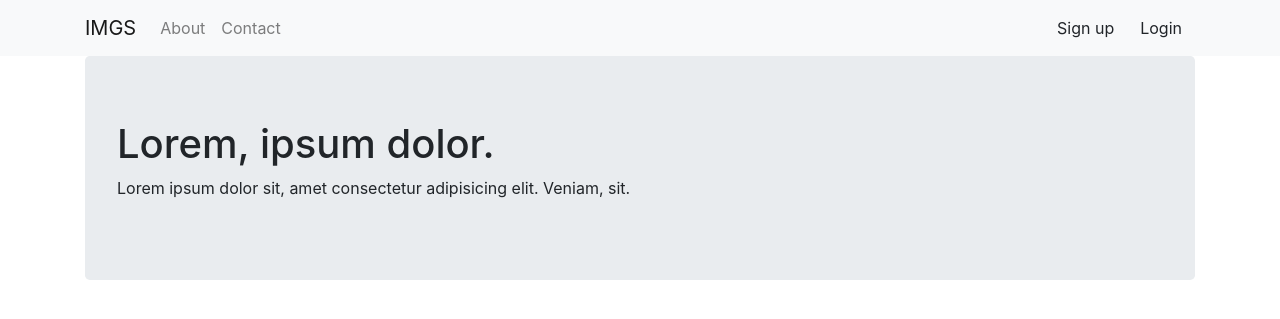
Repository: Mietlicha/exercise2
Page: index.html
An editor plug-in stored every save of this project. The page is shown before and after the next save, followed by the edit.
The browser window is 1280 px wide. The pictures show the whole page.

Above is the page before, as saved 2019-10-22 20:56:55.

### index.html
<!DOCTYPE html>
<html lang="en">

<head>
    <meta charset="UTF-8">
    <meta name="viewport" content="width=device-width, initial-scale=1.0">
    <meta http-equiv="X-UA-Compatible" content="ie=edge">
    <title>Document</title>
    <link rel="stylesheet" href="https://stackpath.bootstrapcdn.com/bootstrap/4.3.1/css/bootstrap.min.css"
        integrity="sha384-ggOyR0iXCbMQv3Xipma34MD+dH/1fQ784/j6cY/iJTQUOhcWr7x9JvoRxT2MZw1T" crossorigin="anonymous">
    <link rel="stylesheet" href="style.css">

</head>

<body>
       <nav class="navbar navbar-expand-lg navbar-light  bg-light">
            <div class="container">
            <a class="navbar-brand" href="#">IMGS</a>
            <button class="navbar-toggler" type="button" data-toggle="collapse" data-target="#navbarSupportedContent" aria-controls="navbarSupportedContent" aria-expanded="false" aria-label="Toggle navigation">
              <span class="navbar-toggler-icon"></span>
            </button>
            <div class="collapse navbar-collapse" id="navbarSupportedContent">
              <ul class="navbar-nav mr-auto">
                    <li class="nav-item">
                    <a class="nav-link" href="#">About</a>
                </li>
                <li class="nav-item">
                  <a class="nav-link" href="#">Contact</a>
                </li>
            </ul>
              <form class="form-inline my-2 my-lg-0">
                <button class="btn my-2 my-sm-0" type="submit">Sign up</button>
                <button class="btn my-2 my-sm-0" type="submit">Login</button>
              </form>
            </div>
            </div>
          </nav>

          <div class="container">
                <div class="jumbotron">
                    <h1>Lorem, ipsum dolor.</h1>
                    <p>Lorem ipsum dolor sit, amet consectetur adipisicing elit. Veniam, sit.</p>
                </div>
            </div>

        <script src="https://code.jquery.com/jquery-3.3.1.slim.min.js" integrity="sha384-q8i/X+965DzO0rT7abK41JStQIAqVgRVzpbzo5smXKp4YfRvH+8abtTE1Pi6jizo" crossorigin="anonymous"></script>
        <script src="https://cdnjs.cloudflare.com/ajax/libs/popper.js/1.14.7/umd/popper.min.js" integrity="sha384-UO2eT0CpHqdSJQ6hJty5KVphtPhzWj9WO1clHTMGa3JDZwrnQq4sF86dIHNDz0W1" crossorigin="anonymous"></script>
        <script src="https://stackpath.bootstrapcdn.com/bootstrap/4.3.1/js/bootstrap.min.js" integrity="sha384-JjSmVgyd0p3pXB1rRibZUAYoIIy6OrQ6VrjIEaFf/nJGzIxFDsf4x0xIM+B07jRM" crossorigin="anonymous"></script>
    </body>

</html>

Loaded but not shown: style.css (no stored copy; drawn as an empty file)

After the next save:
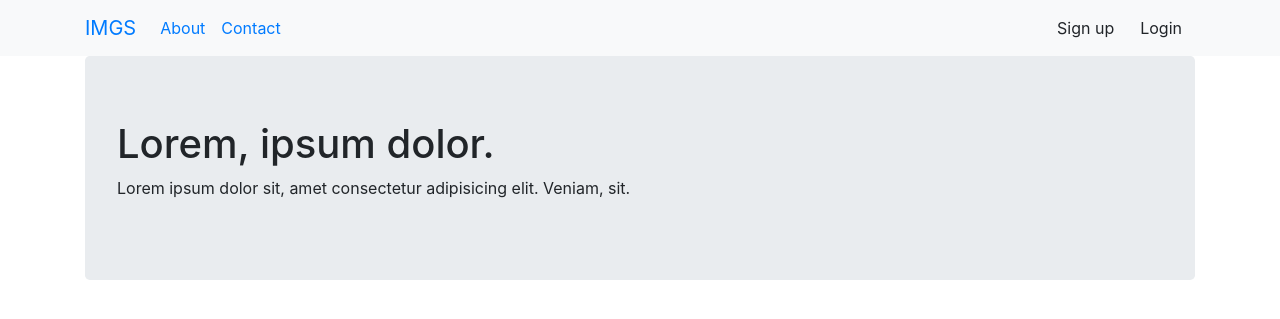
Saved 43 s later.
--- a/index.html
+++ b/index.html
@@ -13,7 +13,7 @@
 </head>
 
 <body>
-       <nav class="navbar navbar-expand-lg navbar-light  bg-light">
+       <nav class="navbar navbar-expand-lg navbar-inverse  bg-light">
             <div class="container">
             <a class="navbar-brand" href="#">IMGS</a>
             <button class="navbar-toggler" type="button" data-toggle="collapse" data-target="#navbarSupportedContent" aria-controls="navbarSupportedContent" aria-expanded="false" aria-label="Toggle navigation">

After the save that followed:
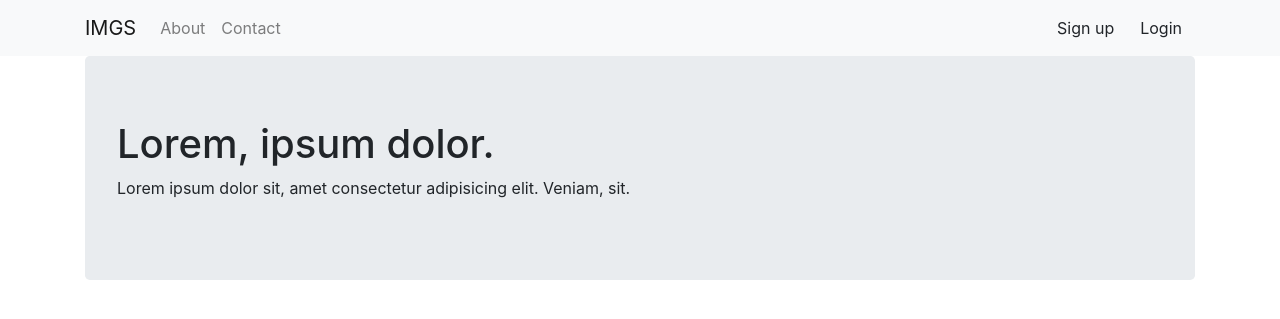
Saved 16 s later.
--- a/index.html
+++ b/index.html
@@ -13,7 +13,7 @@
 </head>
 
 <body>
-       <nav class="navbar navbar-expand-lg navbar-inverse  bg-light">
+       <nav class="navbar navbar-expand-lg navbar-light  bg-light">
             <div class="container">
             <a class="navbar-brand" href="#">IMGS</a>
             <button class="navbar-toggler" type="button" data-toggle="collapse" data-target="#navbarSupportedContent" aria-controls="navbarSupportedContent" aria-expanded="false" aria-label="Toggle navigation">
